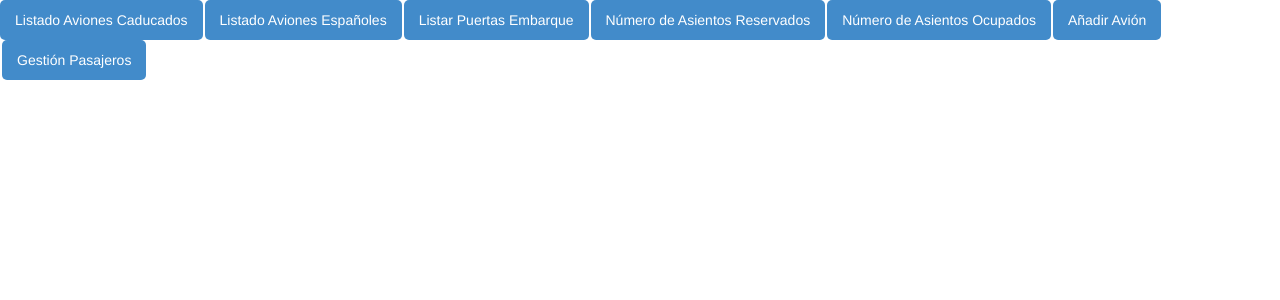
Repository: asbag/gestionaena
Page: http://localhost/gestionaena/
An editor plug-in stored every save of this project. The page is shown before and after the next save, followed by the edit.
The browser window is 1280 px wide. The pictures show the whole page.
The page is served by Tomcat 9.

Above is the page before, as saved 2015-04-17 02:38:35.

After the next save:
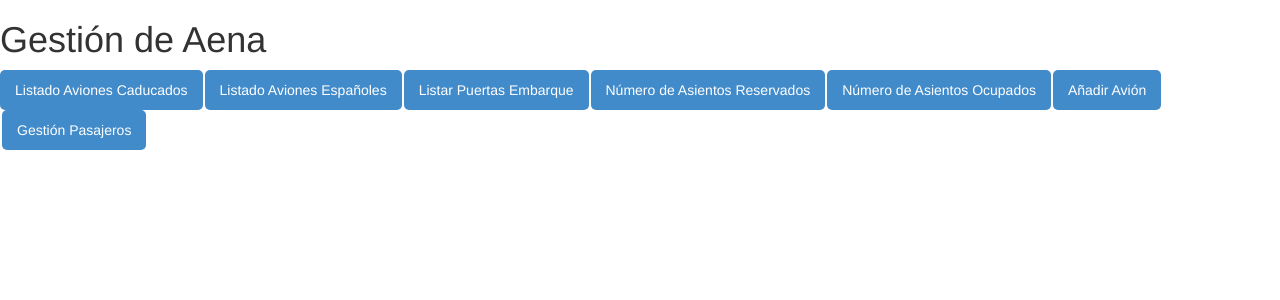
Saved 46 s later.
--- a/gestionaena/src/main/webapp/index.jsp
+++ b/gestionaena/src/main/webapp/index.jsp
@@ -16,6 +16,7 @@
     <![endif]-->
 </head>
 <body>
+<h1>Gestión de Aena</h1>
 	<ul class="nav nav-pills">
 		<li class="active"><a
 			href="${pageContext.request.contextPath}/avion/listar_caducados">
